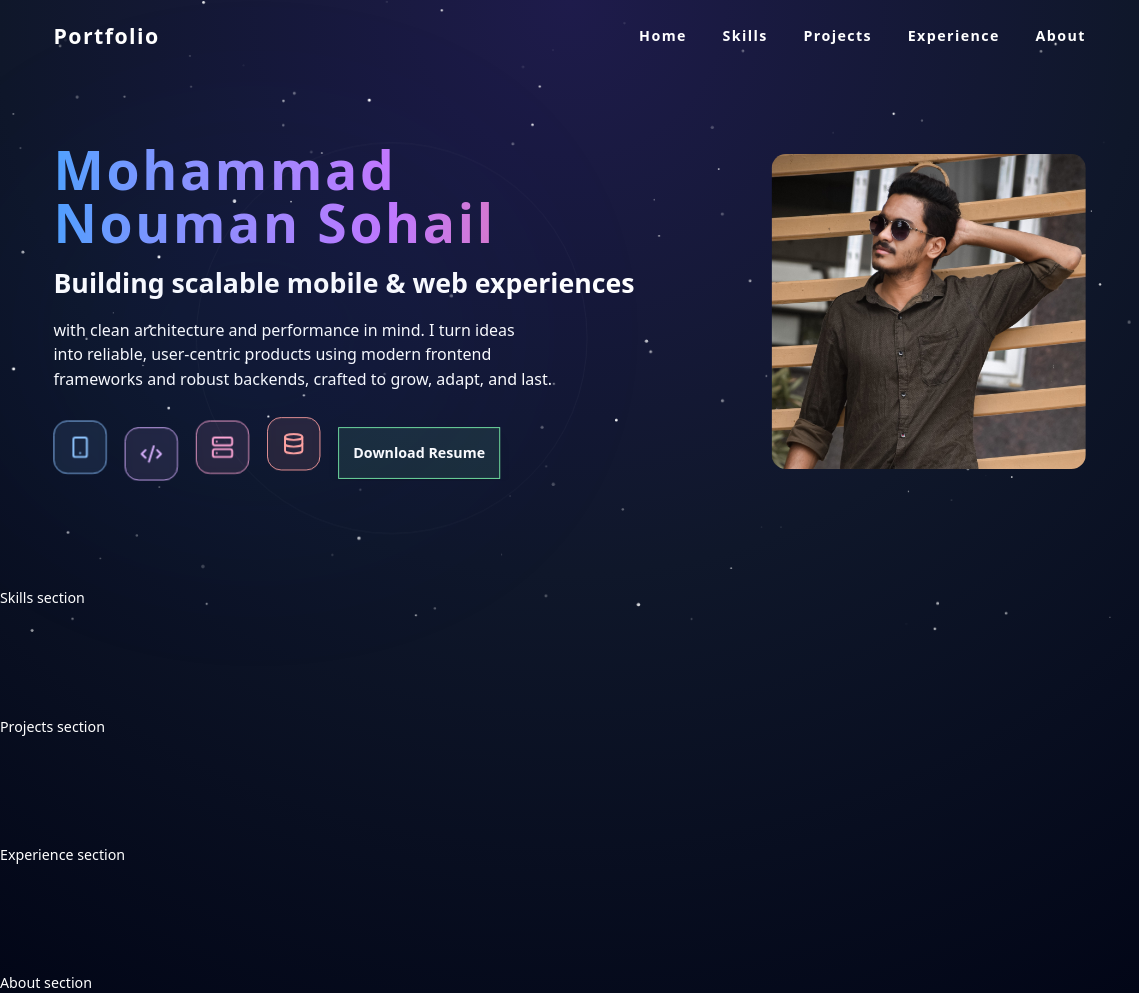
Repository: NoumanSohail/Nouman-Sohail-Portfolio
Page: /
An editor plug-in stored every save of this project. The page is shown before and after the next save, followed by the edit.
The browser window is 1280 px wide. The pictures show the whole page, at 89% of full size.
The project was rebuilt for these pictures with package versions that can differ from the ones it lists, and the page was loaded fresh each time. The framework's server and built-in components were replaced by stand-ins that run in the browser. Also part of the build but not shown: next.config.ts.

Above is the page before, as saved 2026-01-24 21:26:58.

### app/layout.tsx
import type { Metadata } from "next";
import { Geist, Geist_Mono } from "next/font/google";
import "./globals.css";
import Navbar from "./components/header/Navbar";
import StarBackground from "./components/ui/StarBackground";

const geistSans = Geist({
  variable: "--font-geist-sans",
  subsets: ["latin"],
});

const geistMono = Geist_Mono({
  variable: "--font-geist-mono",
  subsets: ["latin"],
});

export const metadata: Metadata = {
  title: "Create Next App",
  description: "Generated by create next app",
};

export default function RootLayout({
  children,
}: Readonly<{
  children: React.ReactNode;
}>) {
  return (
    <html lang="en">
      <body
        className={`${geistSans.variable} ${geistMono.variable} antialiased`}
      >
        <StarBackground />
        <Navbar />
        {children}
      </body>
    </html>
  );
}

### app/page.tsx
import React from 'react'
import Hero from './components/sections/Hero'
import Skills from './components/sections/Skills'
import Projects from './components/sections/Projects'
import Experience from './components/sections/Experience'
import About from './components/sections/About'

const page = () => {
  return (
    <div>
      <Hero />
      <Skills />
      <Projects />
      <Experience />
      <About />
    </div>
  )
}

export default page

### app/globals.css
@import "tailwindcss";

html {
  scroll-behavior: smooth;
}

body {
  overflow-x: hidden;
  position: relative;
  background: radial-gradient(circle at 50% 0%, #1e1b4b, #0f172a, #020617);
  min-height: 100vh;
}

### app/components/header/Navbar.tsx
"use client";

import { useEffect, useState } from "react";
import { navLinks } from "@/app/data";
import Link from "next/link";
import { Menu, X } from "lucide-react";

const Navbar = () => {
  const [isScrolled, setIsScrolled] = useState(false);
  const [menuOpen, setMenuOpen] = useState(false);

  useEffect(() => {
    const handleScroll = () => setIsScrolled(window.scrollY > 20);
    window.addEventListener("scroll", handleScroll);
    return () => window.removeEventListener("scroll", handleScroll);
  }, []);

  return (
    <header
      className={`fixed top-0 left-0 right-0 z-50 transition-all ${
        isScrolled
          ? "bg-transparent backdrop-blur-md border-b border-white/20 shadow-lg py-3"
          : "bg-transparent py-6"
      }`}
    >
      <div className="w-full mx-auto max-w-384 flex items-center justify-between px-5 md:px-10 lg:px-15 text-white tracking-widest">
        <h1 className="font-bold text-2xl">Portfolio</h1>

        {/* large displays like laptops */}
        <nav className="hidden lg:flex">
          {navLinks.map((links) => (
            <div key={links.name} className="flex ml-10 font-semibold">
              <Link href={links.id}>{links.name}</Link>
            </div>
          ))}
        </nav>

        {/* Mobile Hamburger */}
        <div className="lg:hidden flex items-center justify-center">
          <button
            onClick={() => setMenuOpen(!menuOpen)}
            className="text-zinc-400"
          >
            <Menu size={30} />
          </button>
        </div>

        {menuOpen && (
          <div className="fixed inset-0 h-screen flex justify-end bg-black/40 backdrop-blur-sm">
            <div className="relative h-full w-[60%] bg-[#0f172a] text-white flex items-center transition-transform duration-300 translate-x-0">
              <button
                onClick={() => setMenuOpen(false)}
                className={`absolute top right-5 md:right-10 text-white ${isScrolled ? "top-3" : "top-6"}`}
              >
                <X size={30} />
              </button>

              <nav className="flex flex-col p-10 gap-10 mt-20">
                {navLinks.map((links) => (
                  <Link
                    key={links.name}
                    href={links.id}
                    onClick={() => setMenuOpen(false)}
                    className="font-semibold"
                  >
                    {links.name}
                  </Link>
                ))}
              </nav>
            </div>
          </div>
        )}
      </div>
    </header>
  );
};

export default Navbar;

### app/components/ui/StarBackground.tsx
"use client";

import { useEffect, useRef } from "react";

const StarBackground = () => {
  const canvasRef = useRef<HTMLCanvasElement | null>(null);

  useEffect(() => {
    const canvas = canvasRef.current;
    if (!canvas) return;

    const ctx = canvas.getContext("2d");
    if (!ctx) return;

    let stars: any[] = [];
    const STAR_COUNT = 120;

    const resize = () => {
      canvas.width = window.innerWidth;
      canvas.height = window.innerHeight;
    };

    resize();
    window.addEventListener("resize", resize);

    // Create stars
    stars = Array.from({ length: STAR_COUNT }).map(() => ({
      x: Math.random() * canvas.width,
      y: Math.random() * canvas.height,
      radius: Math.random() * 1.5 + 0.5,
      speed: Math.random() * 0.3 + 0.1,
      opacity: Math.random(),
    }));

    const animate = () => {
      ctx.clearRect(0, 0, canvas.width, canvas.height);

      stars.forEach((star) => {
        star.y += star.speed;
        if (star.y > canvas.height) {
          star.y = 0;
          star.x = Math.random() * canvas.width;
        }

        ctx.beginPath();
        ctx.arc(star.x, star.y, star.radius, 0, Math.PI * 2);
        ctx.fillStyle = `rgba(255,255,255,${star.opacity})`;
        ctx.fill();
      });

      requestAnimationFrame(animate);
    };

    animate();

    return () => window.removeEventListener("resize", resize);
  }, []);

  return (
    <canvas
      ref={canvasRef}
      className="fixed inset-0 pointer-events-none -z-10"
    />
  );
};

export default StarBackground;

### app/components/sections/Hero.tsx
"use client";

import { personaldetails } from "@/app/data";
import Image from "next/image";
import me from "@/public/images/me.jpg";
import { Code2, Database, Server, Smartphone } from "lucide-react";
import { motion } from "framer-motion";
import Button from "../ui/Button";

const Hero = () => {
  return (
    <section
      id="home"
      className="scroll-mt-40 w-full mx-auto max-w-384 px-5 md:px-10 lg:px-15 text-white mt-30 xl:mt-40 overflow-hidden"
    >
      {/* Central Glowing Orb */}
      <div
        className="absolute hidden lg:block lg:left-55 xl:left-0 w-[45%] h-[45%] bg-blue-700/50 rounded-full
          blur-[120px] opacity-10 animate-pulse [animation-delay:2000ms] z-0
        "
      />

      {/* Orbiting Elements */}
      <div
        className="absolute hidden lg:block left-55 w-110 h-110 border border-white/5 rounded-full
          animate-spin [animation-duration:20s] z-10
        "
      />

      <div className="flex flex-col lg:flex-row items-center justify-center gap-7 lg:gap-20 text-center lg:text-start">
        <div className="flex flex-col gap-5">
          <motion.div
            initial={{ x: -100, opacity: 0 }}
            whileInView={{ x: 0, opacity: 1 }}
            viewport={{ once: false, amount: 0.3 }}
            transition={{ duration: 0.8, ease: "easeOut" }}
            className="flex flex-col gap-5"
          >
            <h1 className="font-black text-4xl lg:text-5xl xl:text-6xl tracking-wider text-balance text-transparent bg-clip-text bg-linear-to-r from-blue-400 via-purple-400 to-red-400">
              {personaldetails.name}
            </h1>
            <h2 className="font-semibold text-2xl lg:text-3xl">
              {personaldetails.tagline}
            </h2>
            <p className="lg:text-lg lg:text-balance">
              {personaldetails.statement}
            </p>
          </motion.div>

          <motion.div
            initial={{ scale: 0.8, opacity: 0 }}
            whileInView={{ scale: 1, opacity: 1 }}
            viewport={{ once: false, amount: 0.3 }}
            transition={{
              duration: 0.5,
              ease: "easeOut",
            }}
            className="flex gap-5 mt-5 items-center justify-center lg:items-start lg:justify-start"
          >
            <div className="flex gap-5">
              <Smartphone
                size={60}
                className="p-4 border rounded-2xl backdrop-blur-xs bg-blue-300/10 hover:scale-110
                        border-blue-300  hover:border-blue-300 text-blue-300 hover:text-blue-300
                        transition-all duration-300 animate-bounce [animation-delay:0ms]"
              />
              <Code2
                size={60}
                className="p-4 border rounded-2xl backdrop-blur-xs bg-purple-300/10 hover:scale-110
                        border-purple-300 hover:border-purple-300 text-purple-300 hover:text-purple-300
                        transition-all duration-300 animate-bounce [animation-delay:100ms]"
              />
              <Server
                size={60}
                className="p-4 border rounded-2xl backdrop-blur-xs bg-pink-300/10 hover:scale-110
                        border-pink-300 hover:border-pink-300 text-pink-300 hover:text-pink-300
                        transition-all duration-300 animate-bounce [animation-delay:200ms]"
              />
              <Database
                size={60}
                className="p-4 border rounded-2xl backdrop-blur-xs bg-red-300/10 hover:scale-110
                        border-red-300 hover:border-red-300 text-red-300 hover:text-red-300
                        transition-all duration-300 animate-bounce [animation-delay:300ms]"
              />
            </div>

              <Button title="Download Resume" onClick={() => {}} className="border border-green-300 bg-green-300/10 p-4" />
          </motion.div>
        </div>

        <motion.div
          initial={{ x: 100, opacity: 0 }}
          whileInView={{ x: 0, opacity: 1 }}
          viewport={{ once: false, amount: 0.3 }}
          transition={{ duration: 0.8, ease: "easeOut" }}
        >
          <Image
            src={me}
            alt={personaldetails.name}
            height={350}
            width={350}
            className="rounded-2xl lg:h-3xl lg:w-3xl"
          />
        </motion.div>
      </div>
    </section>
  );
};

export default Hero;

### app/components/sections/Skills.tsx

const Skills = () => {
  return (
    <section id="skills" className="h-fit">
      <div className="text-white pt-30">Skills section</div>
    </section>
  );
};

export default Skills;

### app/components/sections/Projects.tsx

const Projects = () => {
  return (
    <section id="projects" className="h-fit">
      <div className="text-white pt-30">Projects section</div>
    </section>
  )
}

export default Projects

### app/components/sections/Experience.tsx

const Experience = () => {
  return (
    <section id="experience" className="h-fit">
      <div className="text-white pt-30">Experience section</div>
    </section>
  );
};

export default Experience;

### app/components/sections/About.tsx

const About = () => {
  return (
    <section id="about" className="h-fit">
      <div className="text-white pt-30">About section</div>
    </section>
  )
}

export default About

### app/data.tsx
export const navLinks = [
  { name: "Home", id: "/#home" },
  { name: "Skills", id: "/#skills" },
  { name: "Projects", id: "/#projects" },
  { name: "Experience", id: "/#experience" },
  { name: "About", id: "/#about" },
];

export const personaldetails = {
  name: "Mohammad Nouman Sohail",
  role: "Full Stack Mobile & Web Developer",
  tagline: "Building scalable mobile & web experiences",
  statement:
    "with clean architecture and performance in mind. I turn ideas into reliable, user-centric products using modern frontend frameworks and robust backends, crafted to grow, adapt, and last.",
};

### app/components/ui/Button.tsx
import { ReactNode } from "react";

interface ButtonProps {
  title: string;
  onClick: () => void;
  type?: "button" | "submit";
  disabled?: boolean;

  /* 🔹 Optional Icon */
  icon?: ReactNode;
  iconPosition?: "left" | "right";

  /* 🔹 External Styles */
  className?: string;
}

const Button = ({
  title,
  onClick,
  type = "button",
  disabled = false,
  icon,
  iconPosition = "left",
  className = "",
}: ButtonProps) => {
  return (
    <button
      type={type}
      onClick={!disabled ? onClick : undefined}
      disabled={disabled}
      className={`
        group
        font-bold shadow-lg
        transition-all transform
        flex items-center justify-center gap-2
        duration-300
        ${
          disabled
            ? "bg-(--color-gray) text-white cursor-not-allowed opacity-70 transition-all duration-300"
            : "bg-(--color-primary) text-white hover:bg-gray-300 hover:scale-105 cursor-pointer transition-all duration-300"
        }

        ${className}
      `}
    >
      {/* ICON LEFT */}
      {icon && iconPosition === "left" && (
        <span className="button-icon flex items-center">{icon}</span>
      )}

      <span>{title}</span>

      {/* ICON RIGHT */}
      {icon && iconPosition === "right" && (
        <span className="button-icon flex items-center">{icon}</span>
      )}
    </button>
  );
};

export default Button;

After the next save:
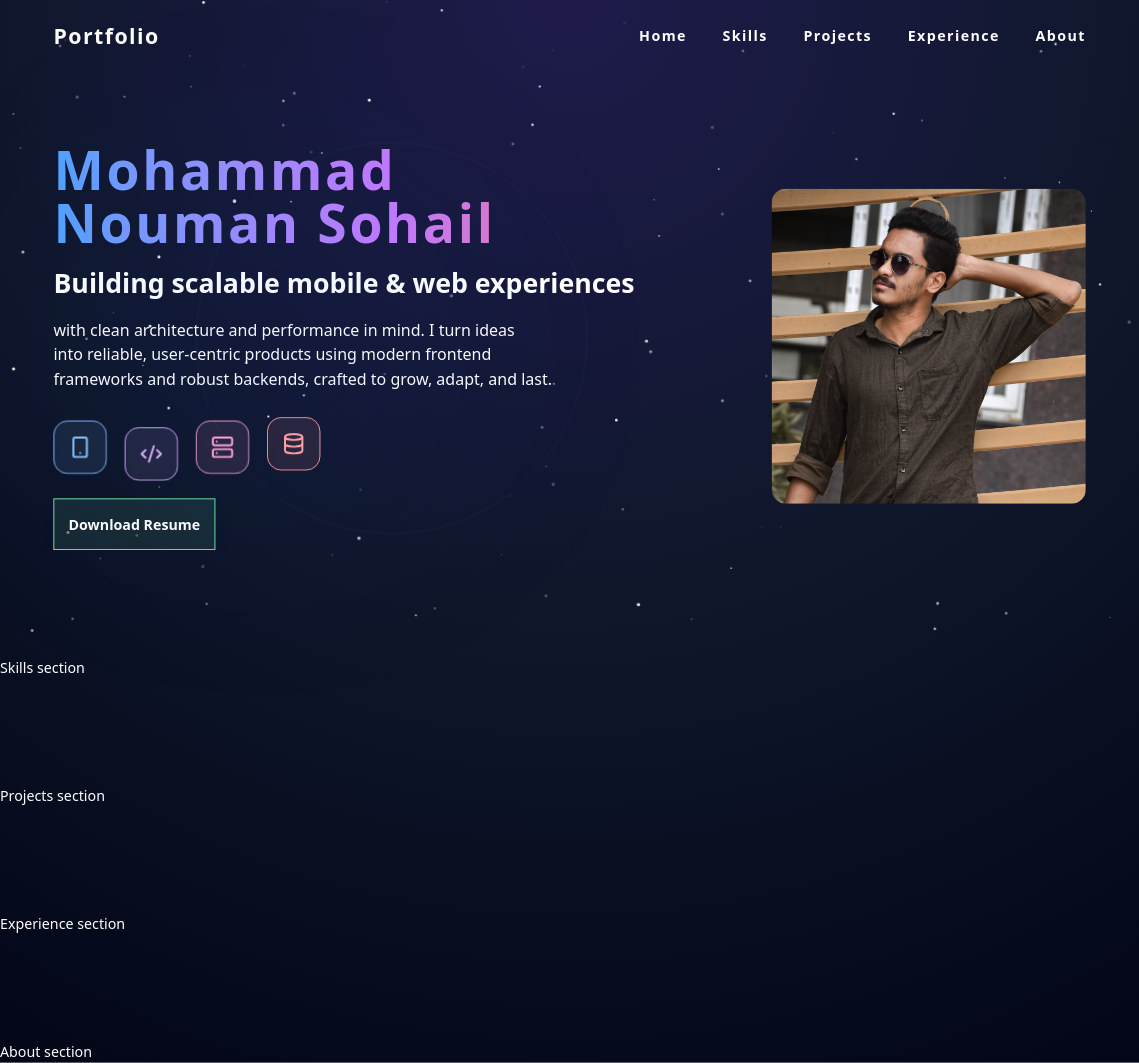
Saved 33 s later.
--- a/app/components/sections/Hero.tsx
+++ b/app/components/sections/Hero.tsx
@@ -55,7 +55,7 @@ const Hero = () => {
               duration: 0.5,
               ease: "easeOut",
             }}
-            className="flex gap-5 mt-5 items-center justify-center lg:items-start lg:justify-start"
+            className="flex flex-col gap-5 mt-5 items-center justify-center lg:items-start lg:justify-start"
           >
             <div className="flex gap-5">
               <Smartphone
@@ -84,7 +84,7 @@ const Hero = () => {
               />
             </div>
 
-              <Button title="Download Resume" onClick={() => {}} className="border border-green-300 bg-green-300/10 p-4" />
+            <Button title="Download Resume" onClick={() => {}} className="border border-green-300 bg-green-300/10 p-4" />
           </motion.div>
         </div>
 
